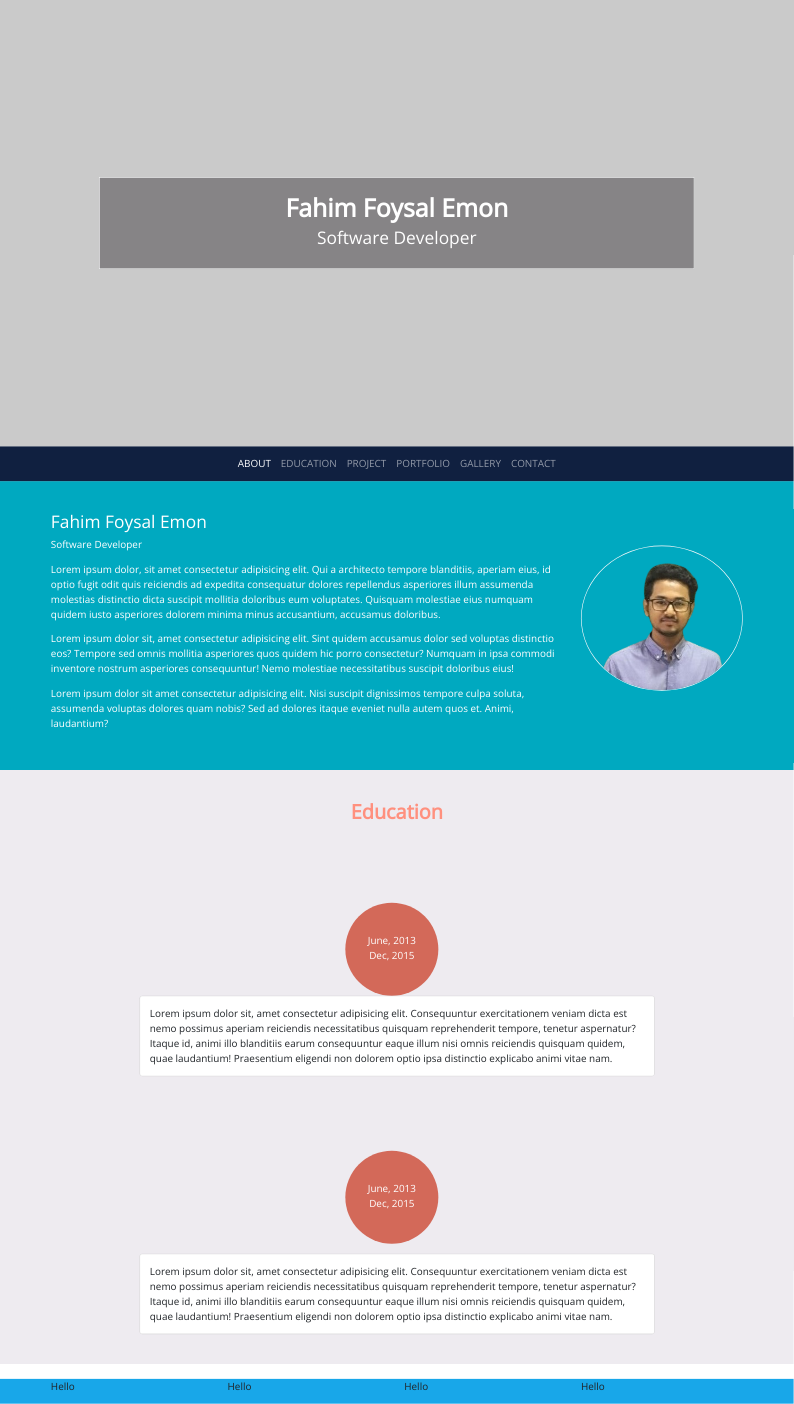
Repository: emowzz/emowzz.github.io
Page: index.html
An editor plug-in stored every save of this project. The page is shown before and after the next save, followed by the edit.
The browser window is 1280 px wide. The pictures show the whole page, at 62% of full size.
Some web libraries are served in a nearby version.

Above is the page before, as saved 2021-03-17 23:09:26.

After the next save:
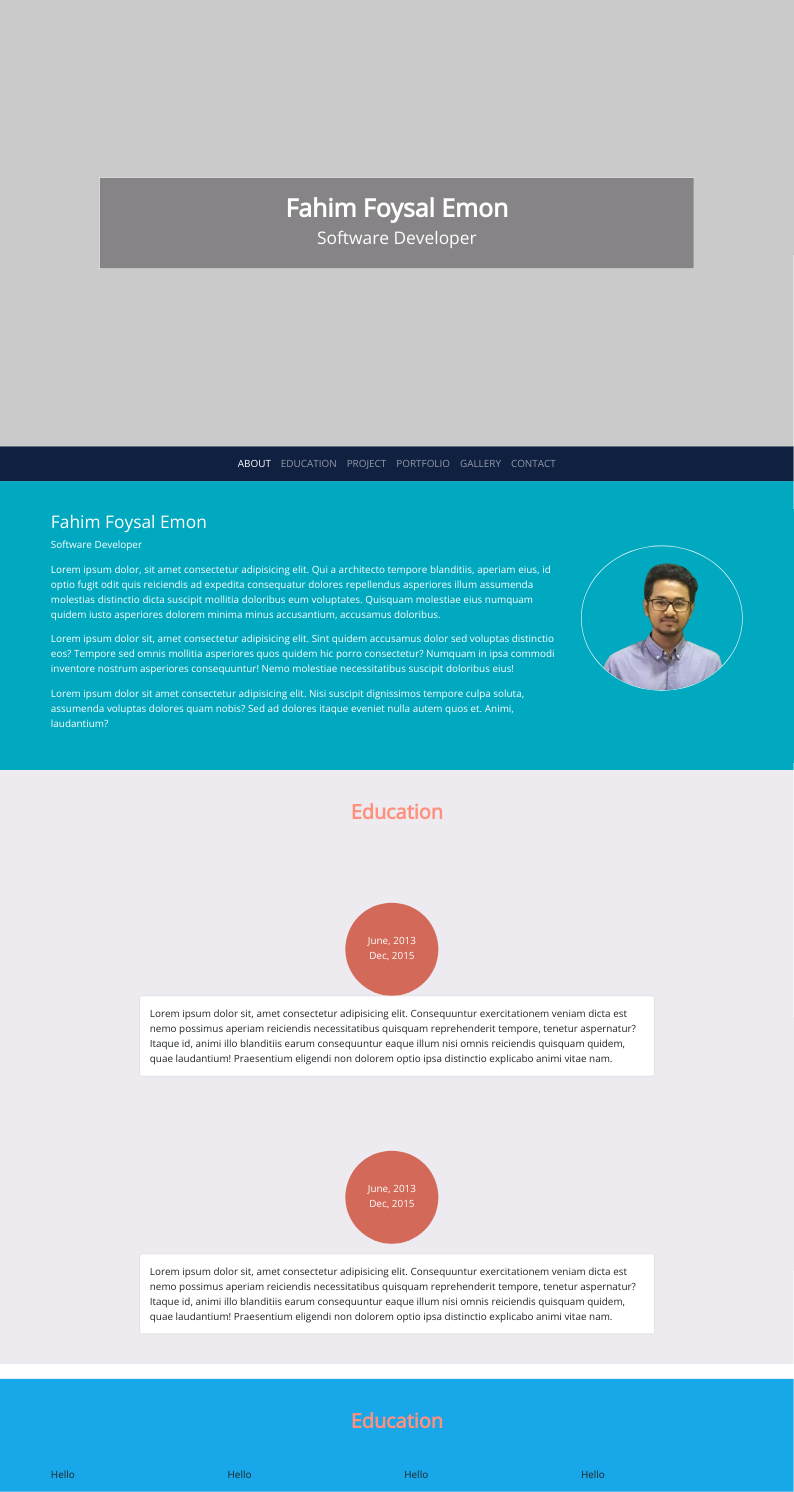
Saved 38 s later.
--- a/index.html
+++ b/index.html
@@ -154,6 +154,13 @@
 
   <div class="project-container">
     <div class="container">
+      <div class="row text-center">
+        <div class="col py-5">
+          <h2 class="bg-redType-color fw-bolder">
+            Education
+          </h2>
+        </div>
+      </div>
       <div class="row">
         <div class="col-md-3">
           <p>Hello</p>
